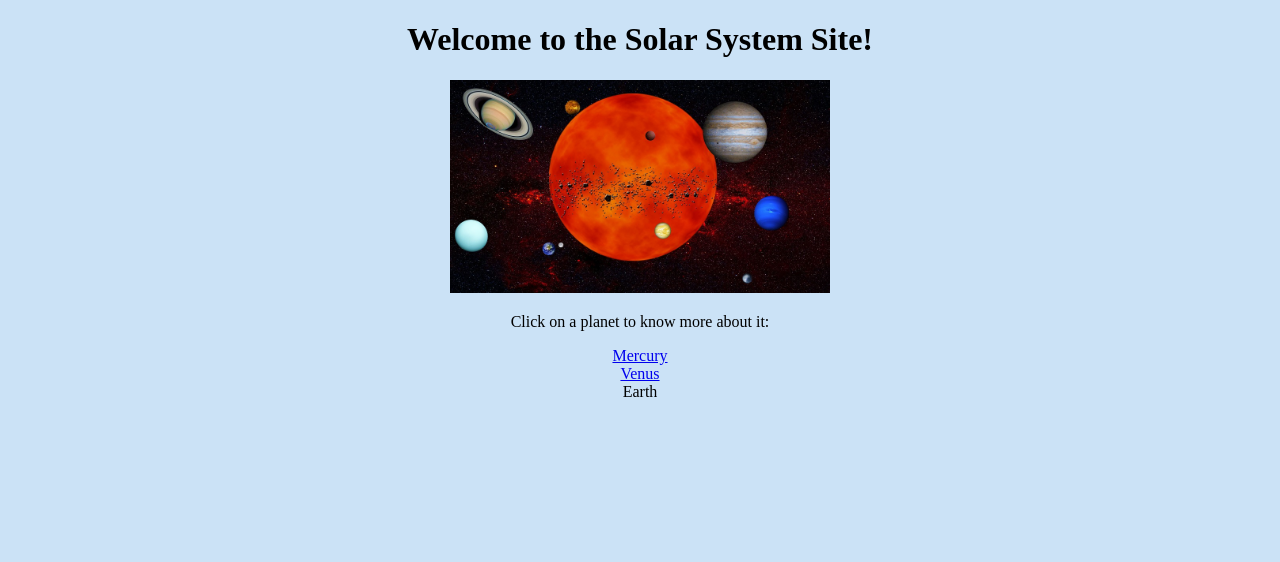
Repository: Voraphi/cst336-solar-systems
Page: http://localhost/
The author's editor kept a record of every edit. The page is drawn from the files as they stood at one moment, then again after the next edit.
The browser window is 1280 px wide. The pictures show the whole page.
The page is served by the project's Node server (solar-systems/app.js).

Above is the page before.

### solar-systems/views/index.html
<!DOCTYPE html>
<html>
    <head>
        <title> The Solar System </title>
        <link rel="stylesheet" href="/css/styles.css" type="text/css" />
    </head>
    <body>
        <h1> Welcome to the Solar System Site! </h1>
        <img width="30%" src="/img/solar-system.jpg" alt="The Solar System" />
        <p>Click on a planet to know more about it:</p>

            <a href="/mercury"> Mercury </a> <br/>
            <a href="/venus"> Venus </a> <br/>
            Earth <br/>
    </body>
</html>

### solar-systems/app.js
const express = require("express");
const app = express();

app.engine('html', require("ejs").renderFile);
app.use(express.static("public"));
// app.set("view engine", "html");

//routes
app.get("/", function (request, response) {
    response.render("index.html");
});

app.get("/mercury", function(request, response) {
   response.render("mercury.html");
});

app.get("/venus", function(request, response) {
   response.render("venus.html");
});

app.get("/earth", function(request, response) {
   response.render("earth.html");
});

app.get("*", function(request, response) {
   response.render("error.html");
});



app.listen(process.env.PORT, process.env.IP, function() {
    console.log("Express Server is Running...");
});

### solar-systems/public/css/styles.css
body {
    background-color: #CBE2F6;
    text-align: center;
}

.error {
    color: red;
}

After the next edit:
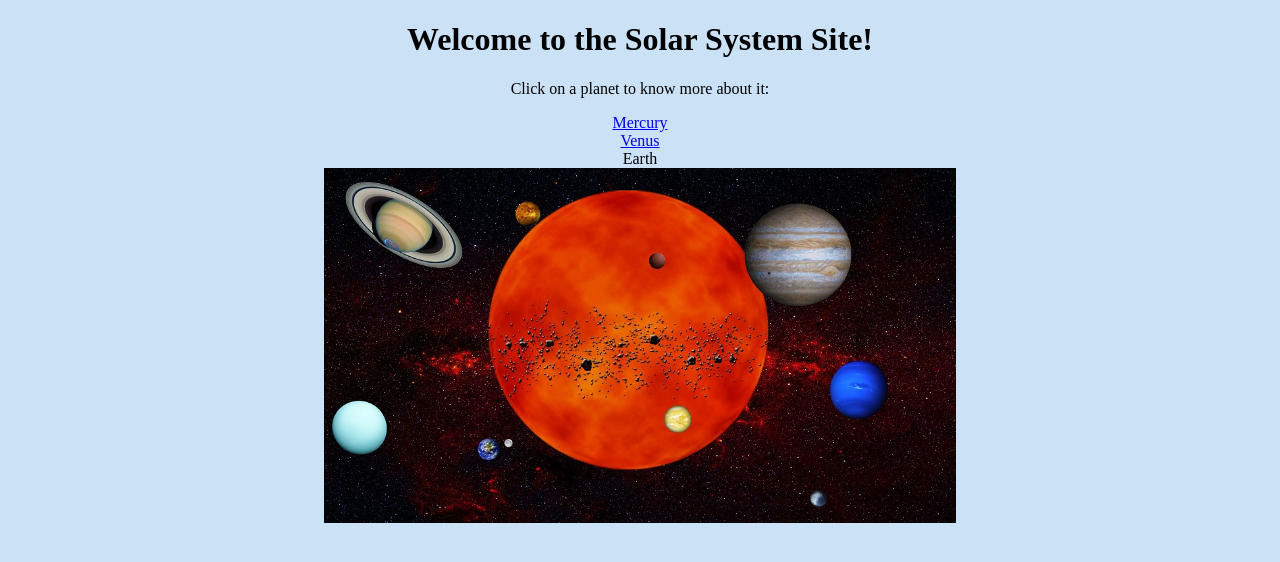
The edit:
--- a/solar-systems/views/index.html
+++ b/solar-systems/views/index.html
@@ -6,11 +6,12 @@
     </head>
     <body>
         <h1> Welcome to the Solar System Site! </h1>
-        <img width="30%" src="/img/solar-system.jpg" alt="The Solar System" />
         <p>Click on a planet to know more about it:</p>
 
             <a href="/mercury"> Mercury </a> <br/>
             <a href="/venus"> Venus </a> <br/>
             Earth <br/>
+
+        <img width="50%" src="/img/solar-system.jpg" alt="The Solar System" />
     </body>
 </html>
